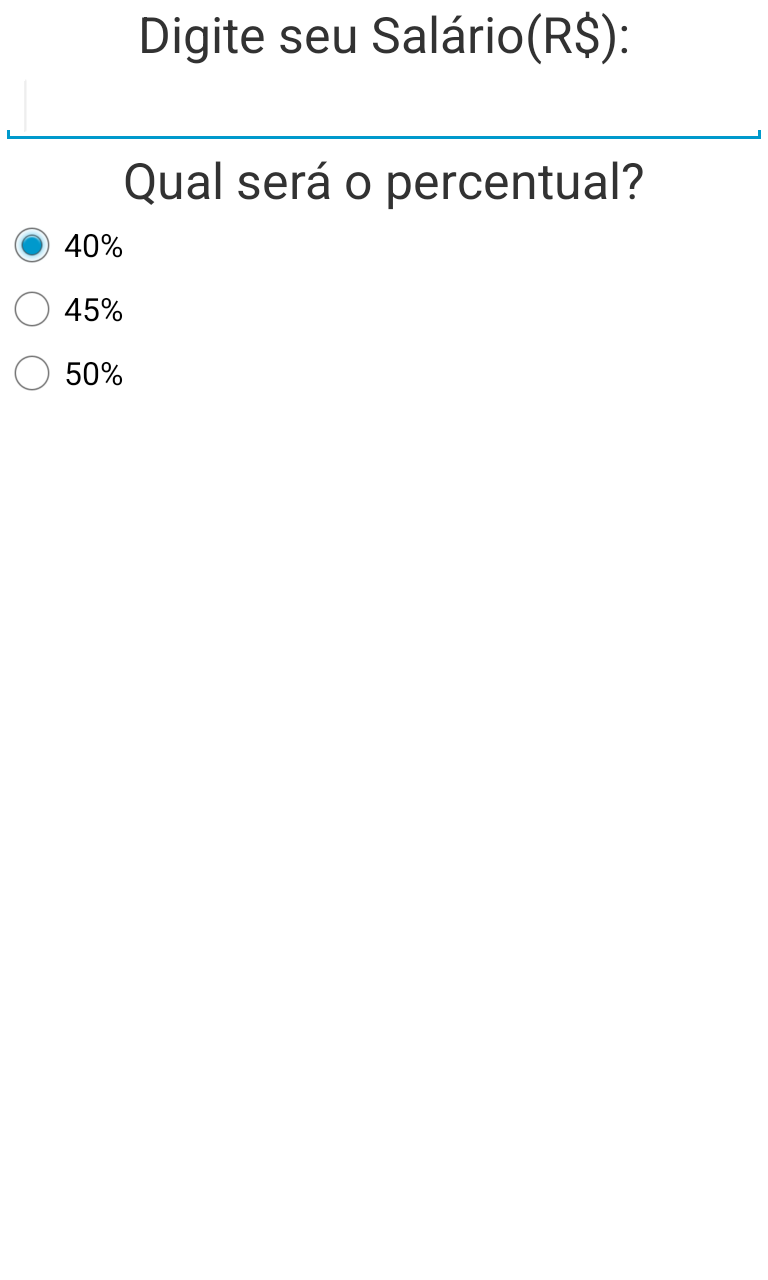
Repository: Rennanxp2/Android_Exercices_done
Layout: Exercícios Android 2/Ex3/res/layout/activity_salario.xml
An editor plug-in stored every save of this project. The layout is shown before and after the next save, followed by the edit.
It is drawn on a 768 x 1280 px phone screen (xhdpi) without system bars, with theme AppTheme; the app's code is not run.

Above is the layout before, as saved 2017-09-26 13:40:16.

After the next save:
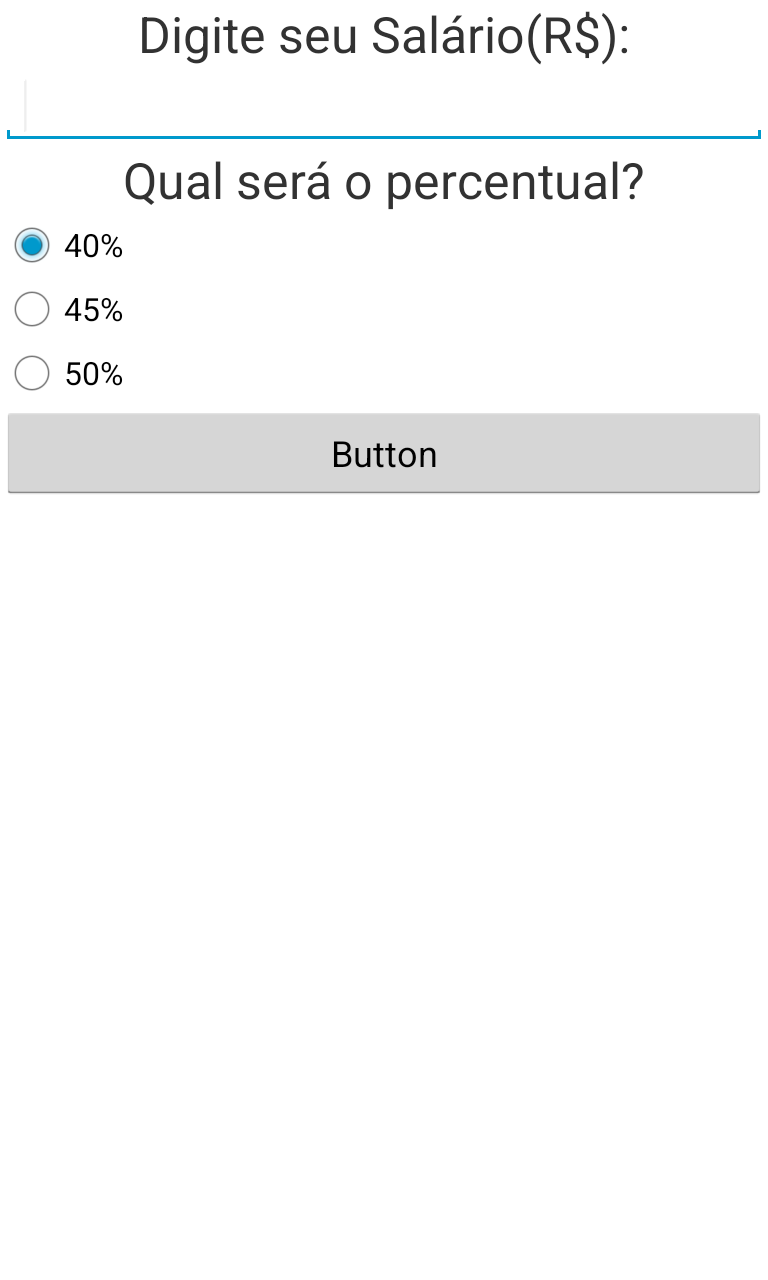
Saved 119 s later.
--- a/Exercícios Android 2/Ex3/res/layout/activity_salario.xml
+++ b/Exercícios Android 2/Ex3/res/layout/activity_salario.xml
@@ -75,4 +75,10 @@
             android:text="50%" />
     </RadioGroup>
 
+    <Button
+        android:id="@+id/button1"
+        android:layout_width="match_parent"
+        android:layout_height="wrap_content"
+        android:text="Button" />
+
 </LinearLayout>
